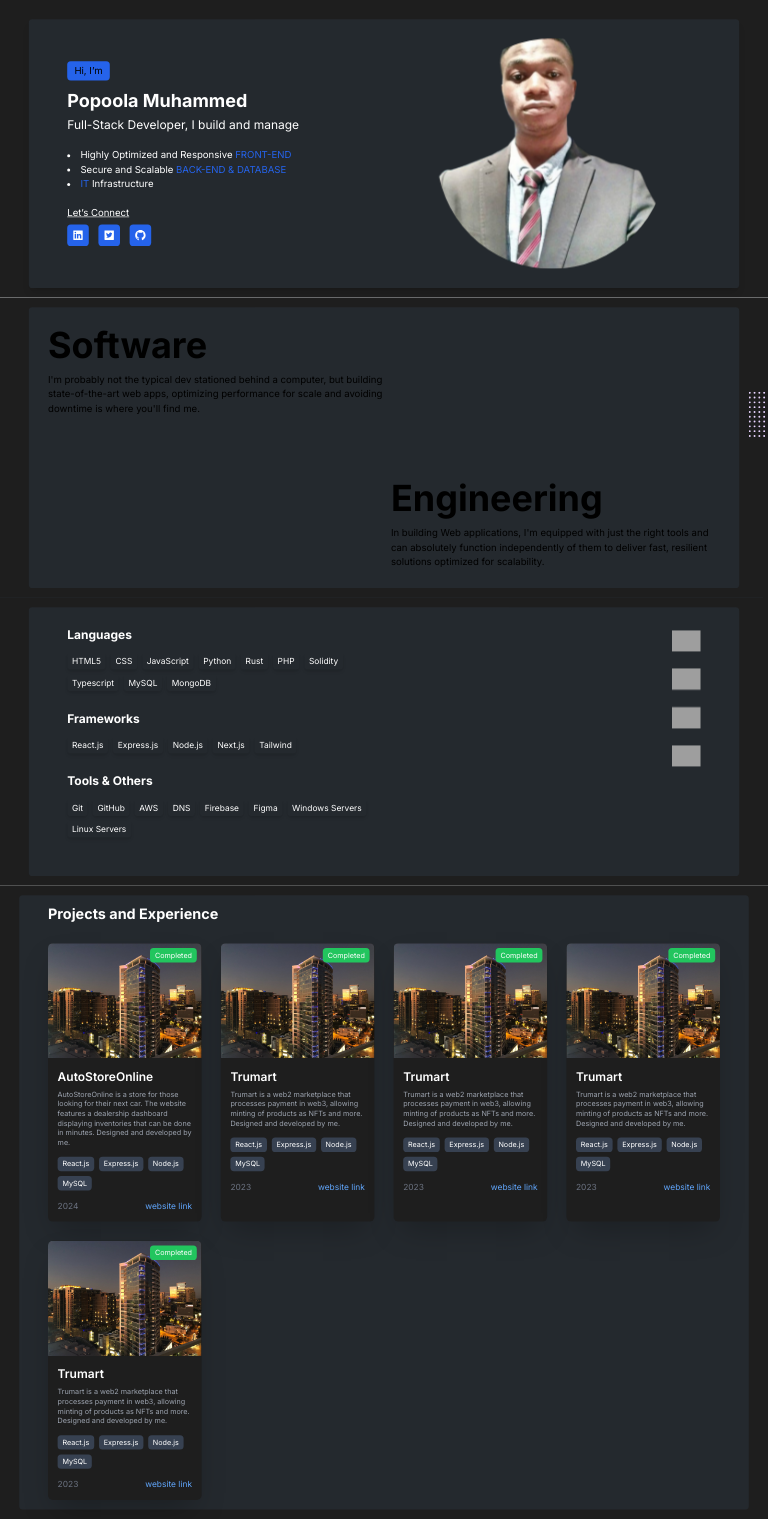
Repository: muhammedctgr/hammedctgr
Page: /
These files come from the project's save history. The page is drawn as it stood at one moment and after a run of saves; the edit follows.
The browser window is 1280 px wide. The pictures show the whole page, at 60% of full size.
Pictures or frames that could not be fetched are drawn as grey boxes. The project was rebuilt for these pictures with package versions that can differ from the ones it lists, and the page was loaded fresh each time. The framework's server and built-in components were replaced by stand-ins that run in the browser. Also part of the build but not shown: next.config.mjs.

Above is the page before, as saved 2024-08-06 15:08:13.

After the next 3 saves:
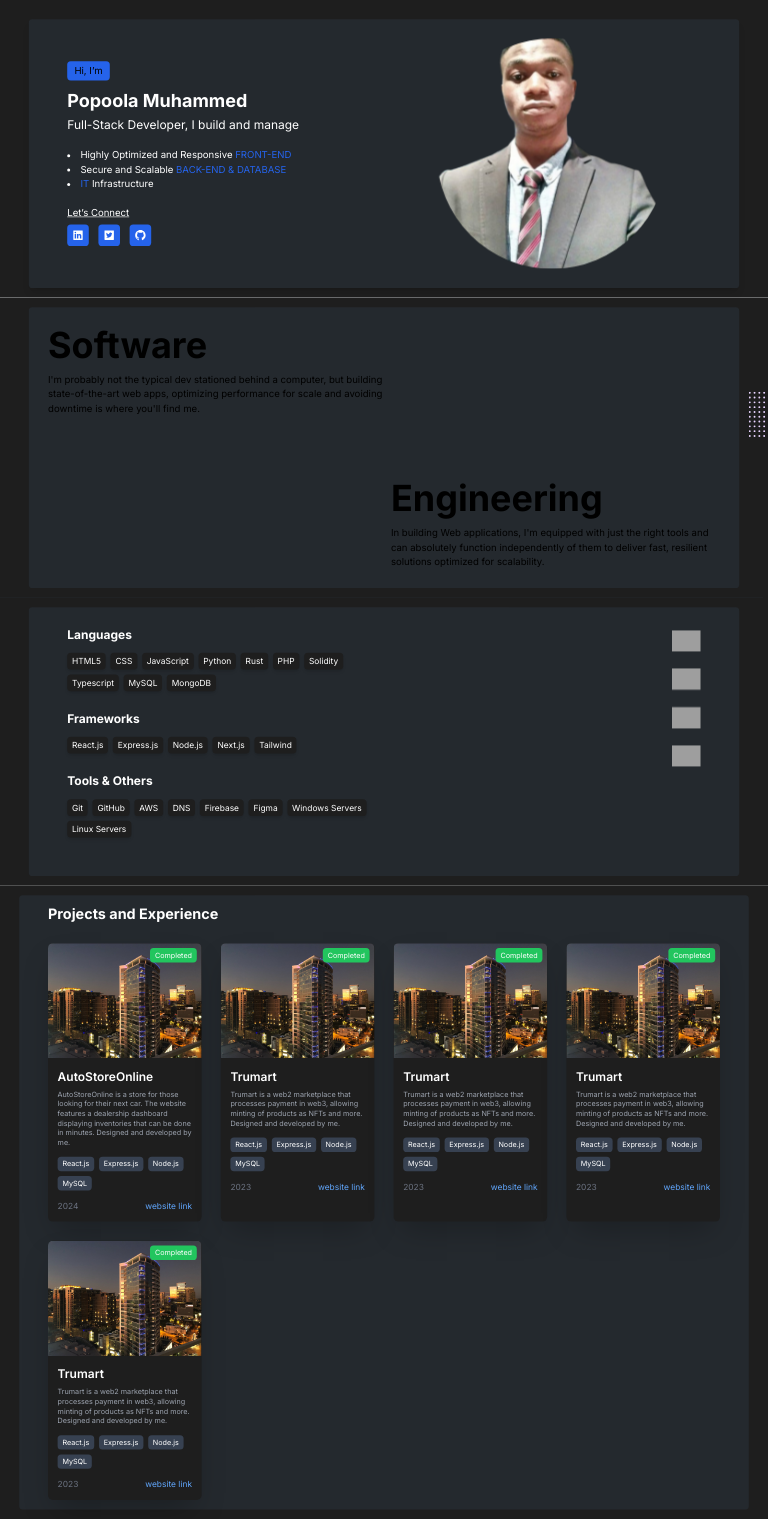
The 3 saves are shown as one change because they came seconds apart.
The last was saved 55 s later.
--- a/components/SkillsSection.tsx
+++ b/components/SkillsSection.tsx
@@ -67,7 +67,7 @@ const SkillsSection: FC = () => {
             {category.skills.map((skill) => (
               <span
                 key={skill.name}
-                className={`px-2 py-1 rounded-md text-sm  shadow-md`}
+                className={`px-2 py-1 rounded-md text-sm bg-gptGray shadow-md`}
               >
                 {skill.name}
               </span>
